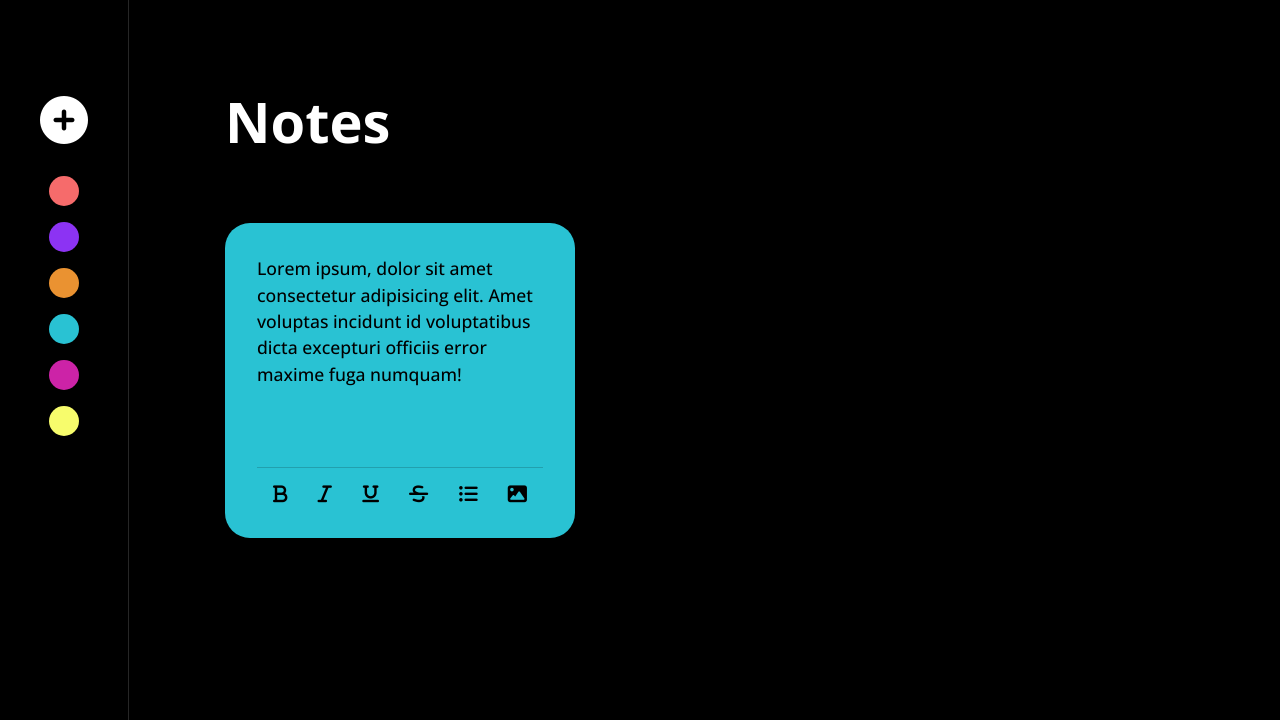
Repository: emiliaiwu/notes_app
Page: index.html
These files come from the project's save history. The page is drawn as it stood at one moment and after the next save; the edit follows.
The browser window is 1280 px wide. The pictures show the whole page.
Some web libraries are served in a nearby version.

Above is the page before, as saved 2022-12-19 23:57:00.

### index.html
<!DOCTYPE html>
<html lang="en">
<head>
    <meta charset="UTF-8">
    <meta http-equiv="X-UA-Compatible" content="IE=edge">
    <meta name="viewport" content="width=device-width, initial-scale=1.0">
    <script src="https://kit.fontawesome.com/fd9c36575f.js" crossorigin="anonymous"></script>
    <link rel="stylesheet" href="style.css">
    <title>Notes App</title>
</head>
<body>
    <div class="container">
        <div class="add">
            <div class="add_card"><i class="fa-solid fa-circle-plus"></i></div>
            <ul class="card_colors">
                <li class="card_color c1"></li>
                <li class="card_color c2"></li>
                <li class="card_color c3"></li>
                <li class="card_color c4"></li>
                <li class="card_color c5"></li>
                <li class="card_color c6"></li>
            </ul>
        </div>
        <div class="cards_container">
            <h1>Notes</h1>
            <div class="cards">

                <div class="card">
                    <p class="text">
                        Lorem ipsum, dolor sit amet consectetur adipisicing elit. Amet voluptas incidunt id voluptatibus dicta excepturi officiis error maxime fuga numquam!
                    </p>
                    <div class="footer close">
                        <div class="date">Dec 18, 2022</div>
                        <div class="edit_delete">
                           <div class="edit"><i class="fa-solid fa-pen"></i></div>
                           <div class="delete"><i class="fa-solid fa-trash-can"></i></div>
                        </div>
                    </div>
                    <div class="footer open">
                        <ul class="edit_settings">
                            <li class="bold"><i class="fa-solid fa-bold"></i></li>
                            <li class="italic"><i class="fa-solid fa-italic"></i></li>
                            <li class="underline"><i class="fa-solid fa-underline"></i></li>
                            <li class="strikethrough"><i class="fa-solid fa-strikethrough"></i></li>
                            <li class="toggleBtn"><i class="fa-solid fa-list-ul"></i></li>
                            <li class="add_image"><i class="fa-solid fa-image"></i></li>
                        </ul>
                    </div>
                </div>




            </div>
        </div>




    </div>

</body>
</html>

### style.css
@import url('https://fonts.googleapis.com/css2?family=Open+Sans:wght@300;400;500;700&display=swap');


* {
    margin: 0;
    padding: 0;
    box-sizing: border-box;
    list-style-type: none;

}

body {
    font-family: 'Open Sans', sans-serif;
    width: 100vw;
    height: 100vh;
    background-color: #000;
    color: #fff;

}

h1 {
    font-size: 3.5rem;
    margin-bottom: 4rem;
    color: #fff;
}

.container {
    display: flex;
    width: 100%;
    height: 100%;
    gap: 2rem;
}

.add {
    border-right: 1px solid rgba(255, 255, 255, 0.15);
    min-height: 100vh;
    display: flex;
    flex-direction: column;
    align-items: center;
    padding: 6rem 2.5rem;

}

.card_color {
    width: 30px;
    height: 30px;
    border-radius: 50%;
    margin-bottom: 1rem;

}

.fa-circle-plus {
    font-size: 3rem;
    margin-bottom: 2rem;
}

.c1 {
    background-color: #F66B6B;
}

.c2 {
    background-color: #8C33F3;
}

.c3 {
    background-color: #EA9231;
}

.c4 {
    background-color: #29C2D3;
}

.c5 {
    background-color: #CC23A7;
}

.c6 {
    background-color: #F7FC6C;
}






/* CARDS CONTAINER */

.cards_container {
    padding: 5.2rem 4rem;
    height: 100%;
    overflow-y: scroll;
    width: 100%;
    color: #000;
}

.cards {
    display: grid;
    /* grid-template-columns: repeat(auto-fit, minmax(19rem, 1fr)); */
    grid-template-columns: repeat(3, 350px);
    gap: 2.5rem;
}

.card {
    display: flex;
    flex-direction: column;
    justify-content: space-between;
    background-color: #29C2D3;
    padding: 2rem 2rem 1rem 2rem;
    border-radius: 25px;
}

.close,
.edit_settings {
    display: flex;
    justify-content: space-between;

}

.text {
    margin-bottom: 5rem;
    font-size: 1.1rem;
    font-weight: 500;
    line-height: 1.5;
}




.edit_delete,
.edit {
    display: flex;
    align-items: center;
}

.edit_delete {
    gap: 1.2rem;
    justify-content: space-between;
}

.edit {
    background-color: #000;
    width: 35px;
    height: 35px;
    border-radius: 50%;
    color: #fff;
    justify-content: center;
}

.delete {
    font-size: 1.5rem;
}

/* .fa-trash-can {
    margin-left: 1rem;
} */






.edit_settings {
    border-top: 1px solid rgba(0, 0, 0, 0.178);;
    width: 100%;
    padding: 1rem;
}

ul li i {
    font-size: 1.2rem;
}












/* OPEN AND CLOSE FUNCTIONALITY */

.open {


}

.close {
    padding-bottom: 1rem;
    align-items: center;
    display: none;
}

After the next save:
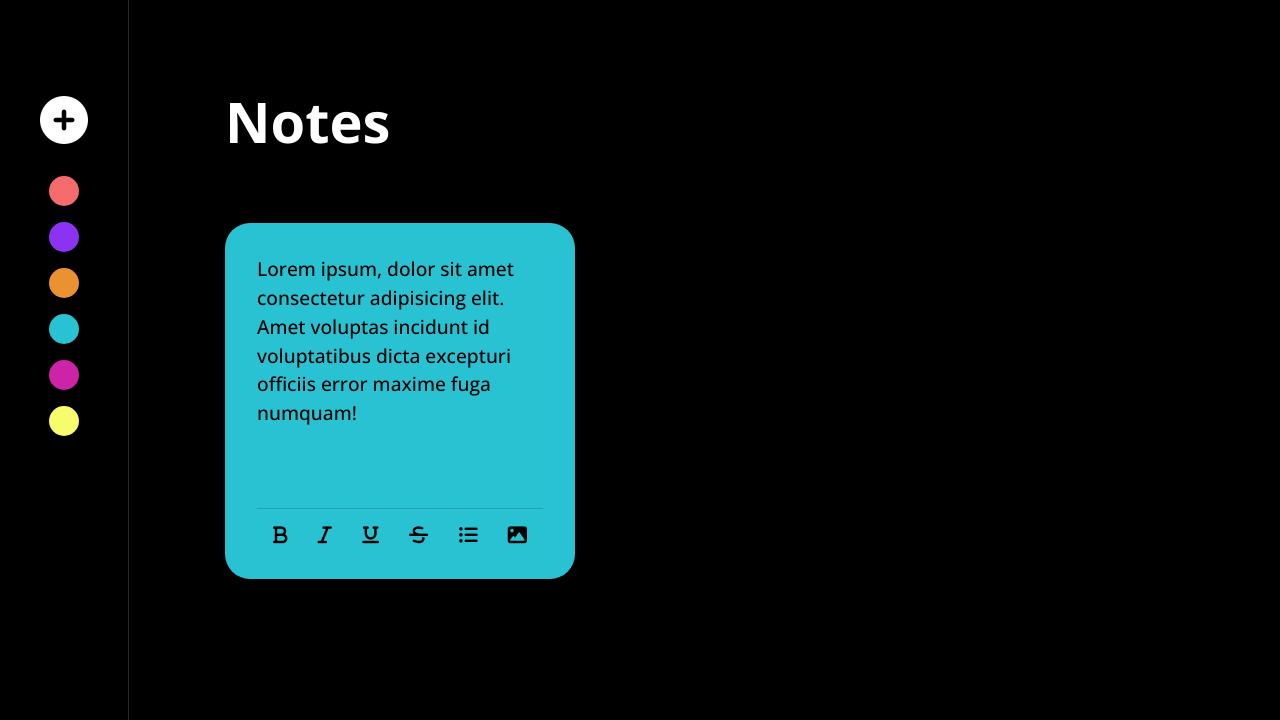
Saved 48 s later.
--- a/style.css
+++ b/style.css
@@ -118,7 +118,7 @@ h1 {
 
 .text {
     margin-bottom: 5rem;
-    font-size: 1.1rem;
+    font-size: 1.2rem;
     font-weight: 500;
     line-height: 1.5;
 }
